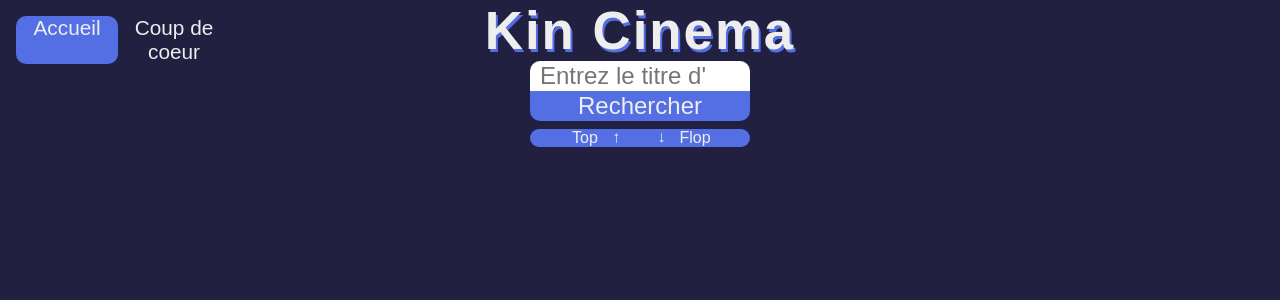
Repository: lucas-andedi/tala
Page: /
An editor plug-in stored every save of this project. The page is shown before and after the next save, followed by the edit.
The browser window is 1280 px wide. The pictures show the whole page.
The page's requests for data from a server got no answer. Some web fonts or font styles are not loaded; a fallback is used. The project was rebuilt for these pictures with package versions that can differ from the ones it lists, and the page was loaded fresh each time. No one was signed in, and anything a server would have sent is missing. Also part of the build but not shown: src/components/Card.jsx, src/pages/UserList.js.

Above is the page before, as saved 2023-02-27 23:09:21.

After the next save:
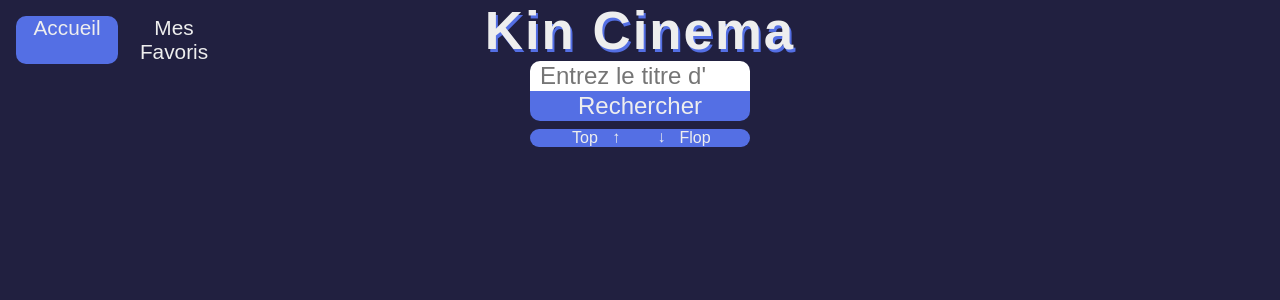
Saved 14 s later.
--- a/src/components/Header.jsx
+++ b/src/components/Header.jsx
@@ -7,7 +7,7 @@ const Header = () => {
             <nav>
                 <ul>
                     <NavLink to="/" className={(nav) => nav.isActive ? "nav-active" : ""}><li>Accueil</li></NavLink>
-                    <NavLink to="/coup-de-coeur" className={(nav) => nav.isActive ? "nav-active" : ""}><li>Coup de coeur</li></NavLink>
+                    <NavLink to="/coup-de-coeur" className={(nav) => nav.isActive ? "nav-active" : ""}><li>Mes Favoris</li></NavLink>
                 </ul>
             </nav>
             <h1>Kin Cinema</h1>
